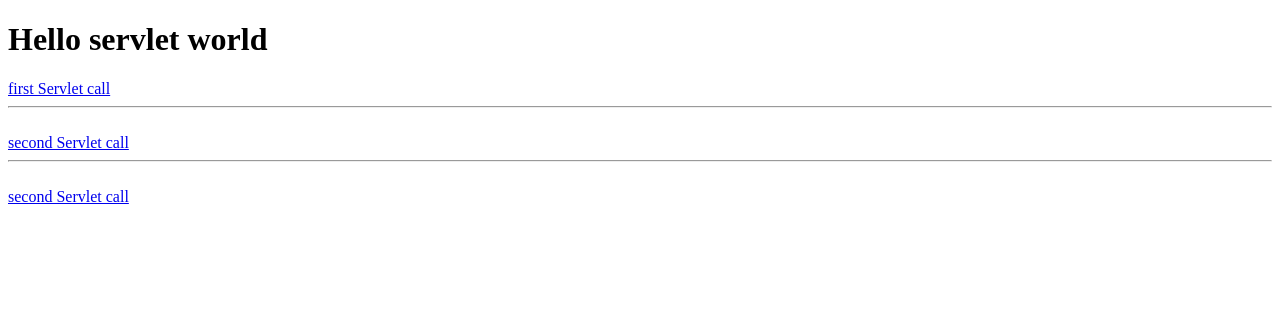
Repository: pcc767/khSchool
Page: dev-source_Servlet/01_ServletBasic/src/main/webapp/index.html
These files come from the project's save history. The page is drawn as it stood at one moment and after the next save; the edit follows.
The browser window is 1280 px wide. The pictures show the whole page.

Above is the page before, as saved 2022-07-11 10:45:21.

### dev-source_Servlet/01_ServletBasic/src/main/webapp/index.html
<!DOCTYPE html>
<html>
<head>
<meta charset="UTF-8">
<title>Insert title here</title>
</head>
<body>
	<h1>Hello servlet world</h1>

	<a href="first.do">first Servlet call</a>
	<hr><br>
	<a href="second.do">second Servlet call</a>
	<hr><br>
	<a href="life.do">second Servlet call</a>

</body>
</html>

After the next save:
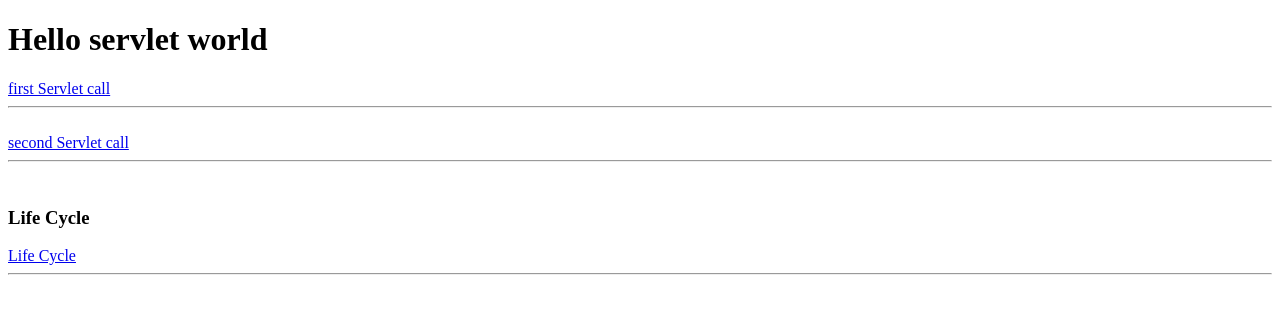
Saved 60 s later.
--- a/dev-source_Servlet/01_ServletBasic/src/main/webapp/index.html
+++ b/dev-source_Servlet/01_ServletBasic/src/main/webapp/index.html
@@ -11,7 +11,10 @@
 	<hr><br>
 	<a href="second.do">second Servlet call</a>
 	<hr><br>
-	<a href="life.do">second Servlet call</a>
+
+	<h3>Life Cycle</h3>
+	<a href="life.do">Life Cycle</a>
+	<hr><br>
 
 </body>
 </html>
